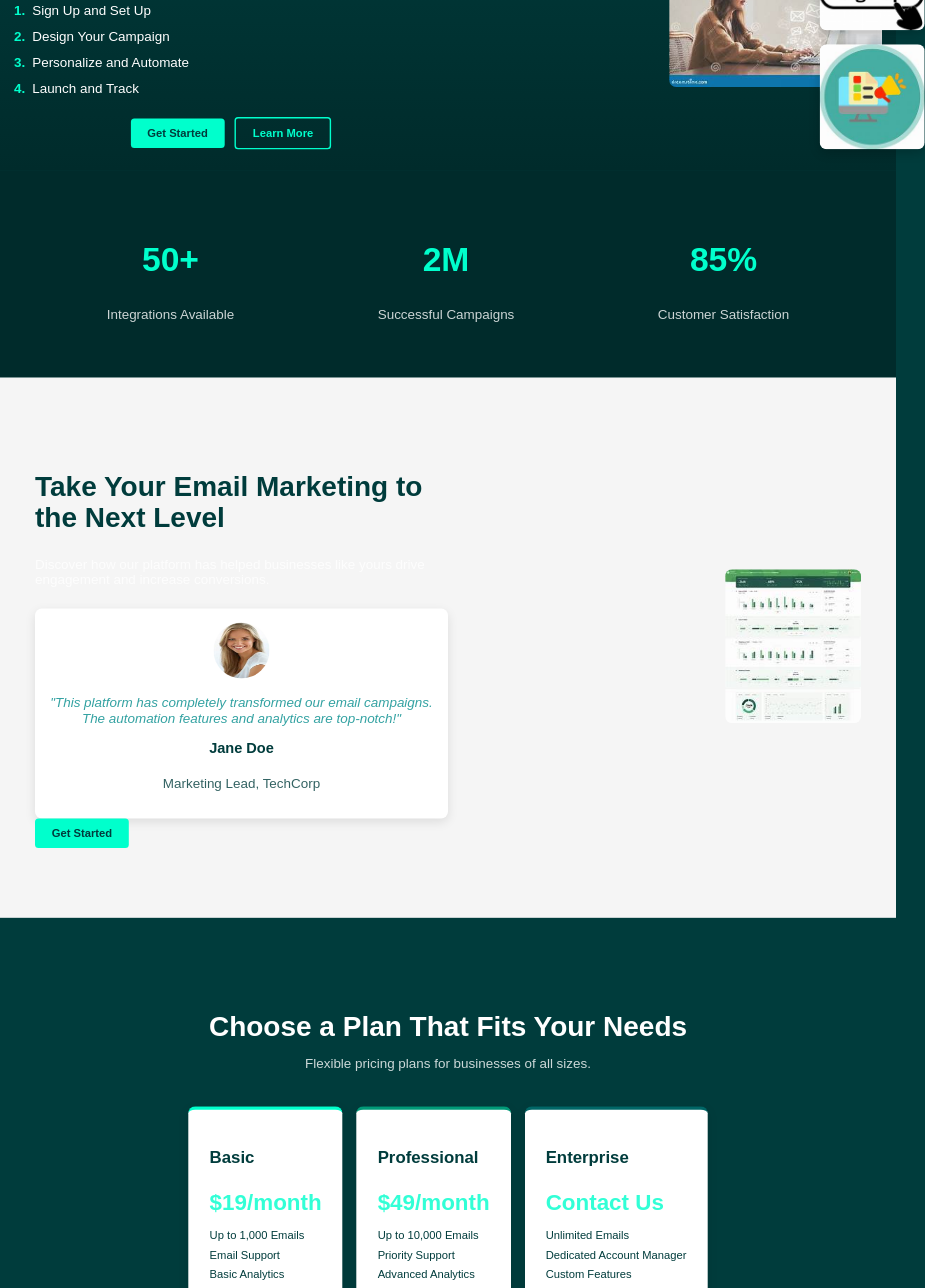
Repository: Patience225/email-marketing
Page: index.html
The author's editor kept a copy of each file at every save. The page is drawn from the files as they stood at one save, then again after the next save.
The browser window is 1280 px wide. The page is 1321 px wide, so the pictures cover 1321 px, including what lies to the right of the window. The pictures show the part of the page from y = 1806 to 3646 px (the page is 4442 px tall), at 70% of full size.

Above is the page before, as saved 2025-01-29 17:37:09.
Console error: TypeError: Cannot read properties of null (reading 'addEventListener')

After the next save:
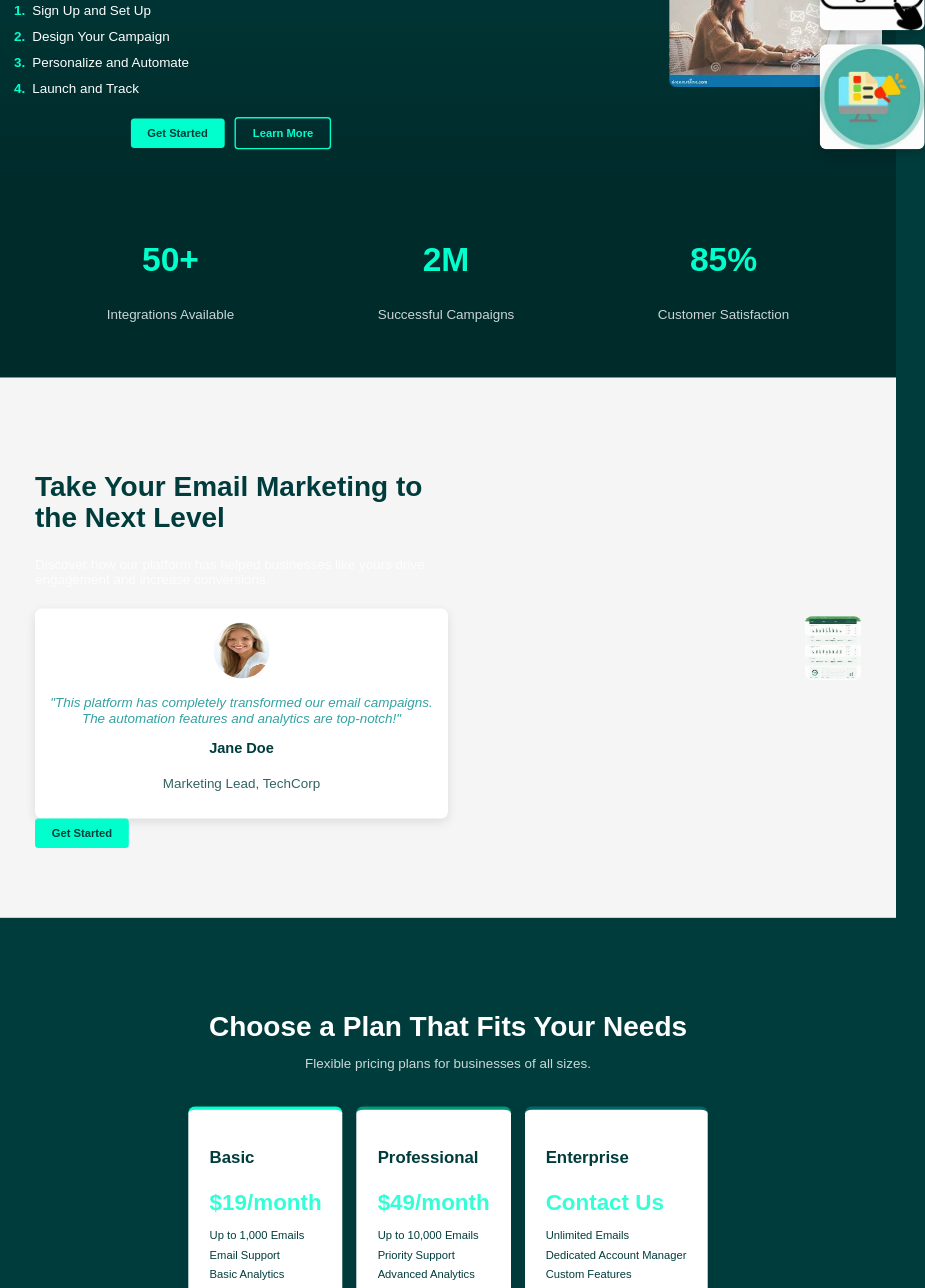
Saved 76 s later.
--- a/styles.css
+++ b/styles.css
@@ -507,7 +507,10 @@
 
 /* Image Section */
 .testimonial-image {
-  max-width: 40%;
+  width: 80px;
+  height: 80px;
+  border-radius: 50%;
+  margin-bottom: 10px;
 }
 
 .testimonial-image img {

After the 3 saves that followed:
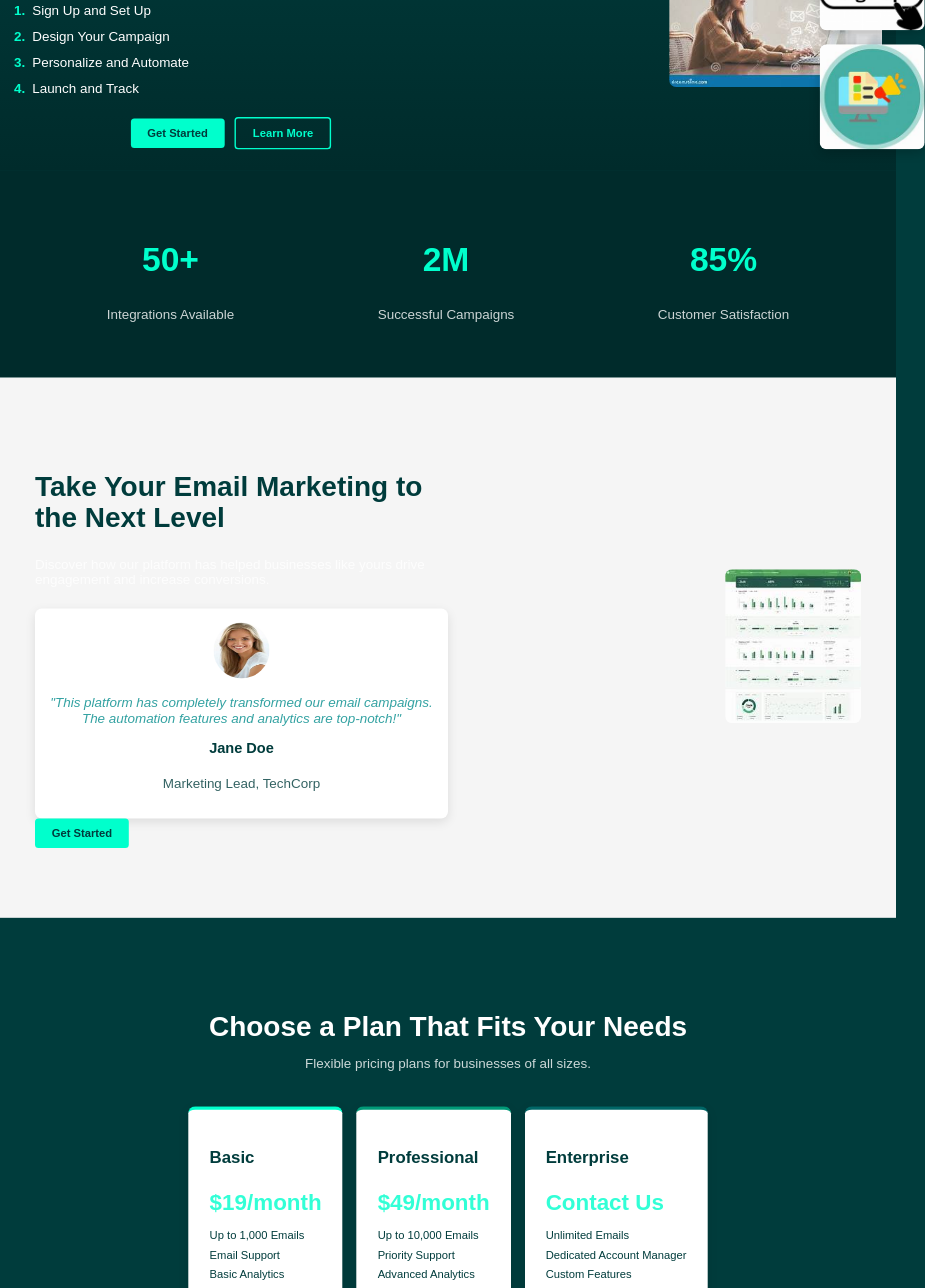
The 3 saves are shown as one change because 1 left the picture as it was and some came seconds apart.
The last was saved 76 s later.
--- a/styles.css
+++ b/styles.css
@@ -507,10 +507,7 @@
 
 /* Image Section */
 .testimonial-image {
-  width: 80px;
-  height: 80px;
-  border-radius: 50%;
-  margin-bottom: 10px;
+  max-width: 40%;
 }
 
 .testimonial-image img {
